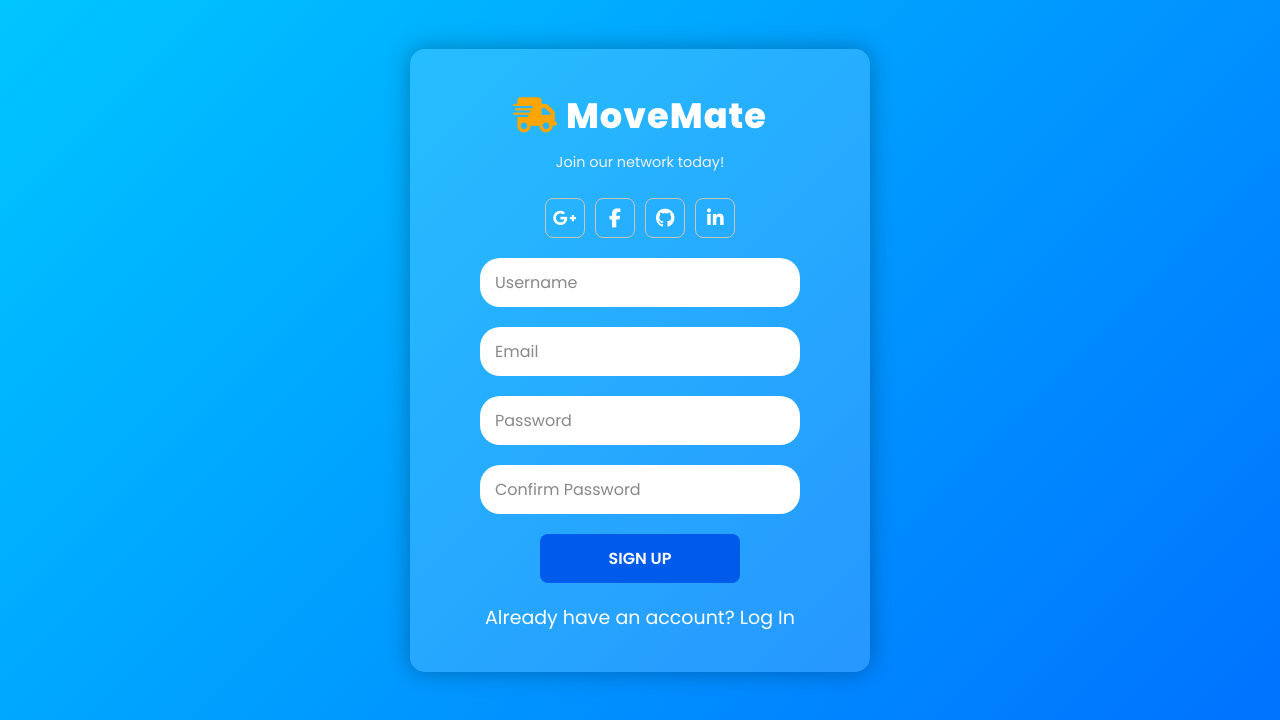
Repository: MoveMate7018/Slokdhorda7014
Page: registration.html
An editor plug-in stored every save of this project. The page is shown before and after the next save, followed by the edit.
The browser window is 1280 px wide. The pictures show the whole page.

Above is the page before, as saved 2025-10-27 15:01:43.

After the next save:
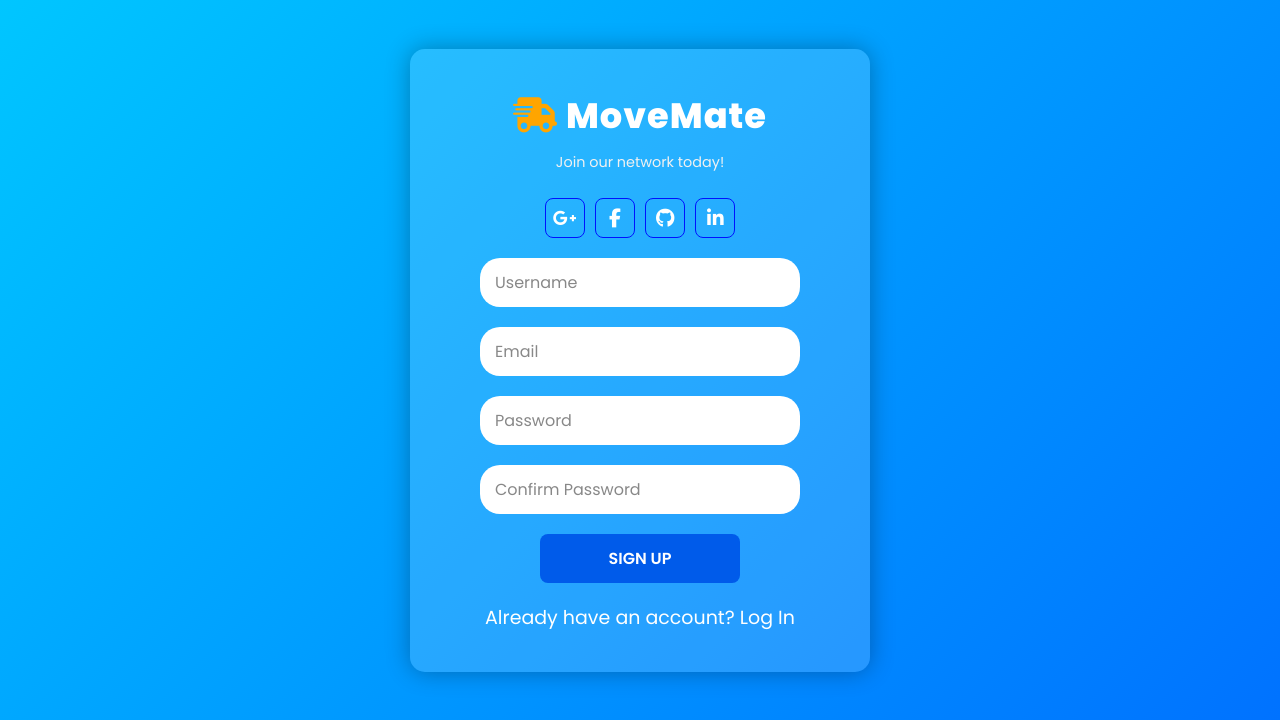
Saved 9 s later.
--- a/Assets/css/registration.css
+++ b/Assets/css/registration.css
@@ -212,7 +212,7 @@
         }
 
          .extra-login-options a{
-            border: 1px solid #c9c2b9;
+            border: 1px solid #0011ff;
             border-radius: 20%;
             display: inline-flex;
             justify-content: center;
